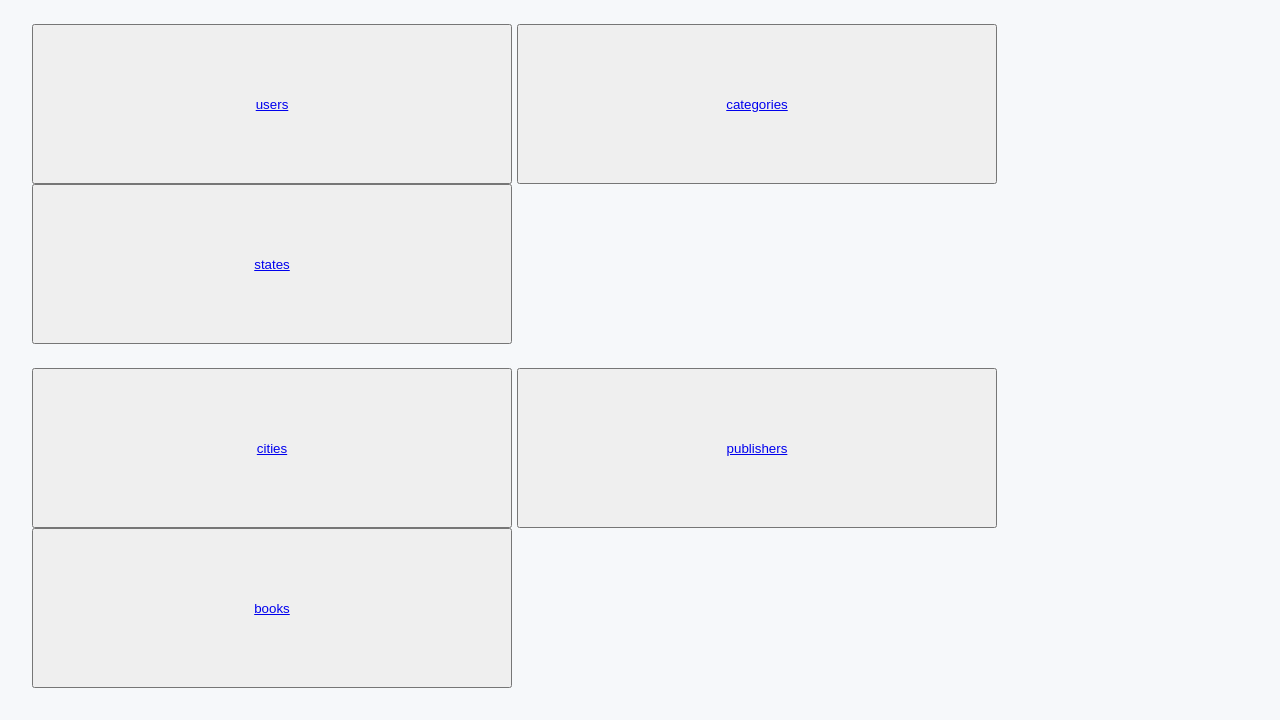
Repository: fontanive12/Biblioteca
Page: front/paginaInicial.html
An editor plug-in stored every save of this project. The page is shown before and after the next save, followed by the edit.
The browser window is 1280 px wide. The pictures show the whole page.

Above is the page before, as saved 2022-09-05 17:14:41.

### front/paginaInicial.html
<!DOCTYPE html>
<html lang="en">

<head>
    <meta charset="UTF-8">
    <meta http-equiv="X-UA-Compatible" content="IE=edge">
    <meta name="viewport" content="width=device-width, initial-scale=1.0">
    <link rel="stylesheet" href="styles.css">

    <title>Initial page</title>
</head>

<body>
    <div class="containerButtons">
        <button class="buttonMenu"><a href="users.html" class="users">users</a></button>
        <button class="buttonMenu"><a href="categories.html" class="categories">categories</a></button>
        <button class="buttonMenu"><a href="states.html" class="states">states</a></button>
    </div>
    <div class="containerButtons">
        <button class="buttonMenu"><a href="cities.html" class="states">cities</a></button>
        <button class="buttonMenu"><a href="publishers.html" class="states">publishers</a></button>
        <button class="buttonMenu"><a href="books.html" class="states">books</a></button>
    </div>
</body>

</html>

### front/styles.css
.bg-mynav {
  background-color: #49baef;
}

body {
  font-size: 1.25rem;
  background-color: #f6f8fa;
}

td {
  line-height: 3rem;
}

.containerButtons {
  max-width: 100rem;
  margin: 1.5rem
}

.buttonMenu {
  width: 30rem;
  height: 10rem;

}

After the next save:
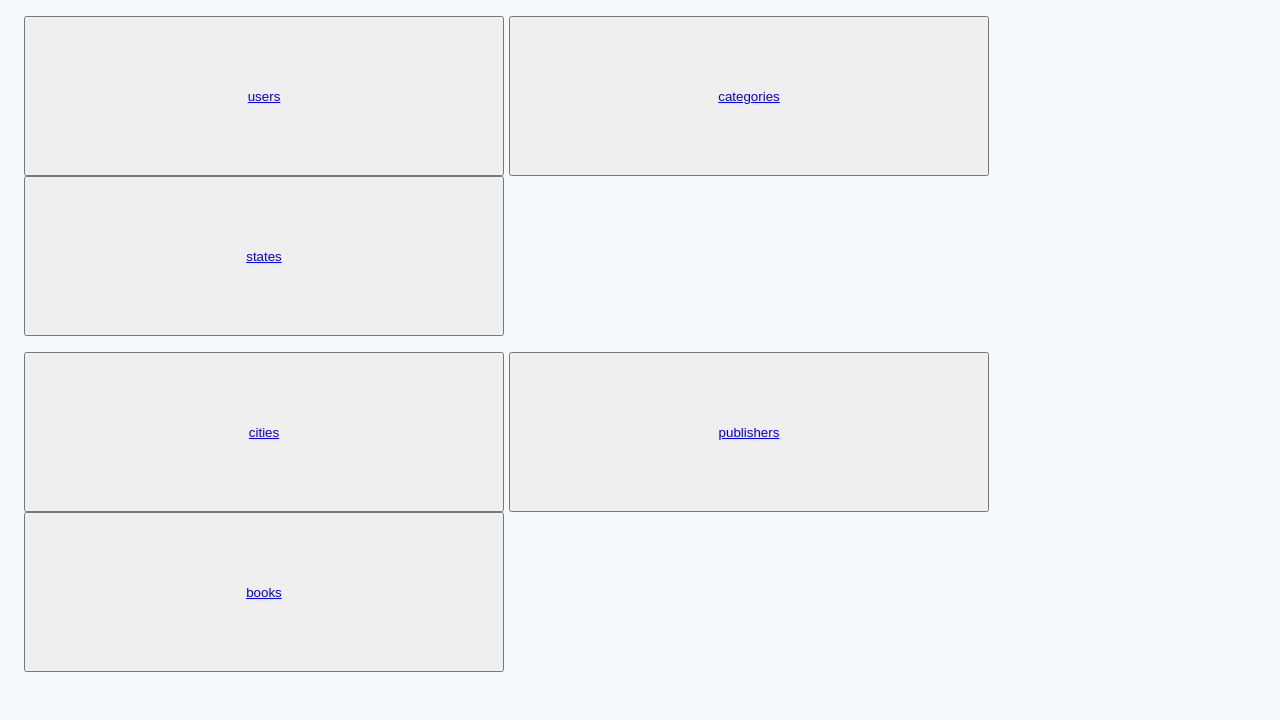
Saved 8 s later.
--- a/front/styles.css
+++ b/front/styles.css
@@ -13,7 +13,7 @@ td {
 
 .containerButtons {
   max-width: 100rem;
-  margin: 1.5rem
+  margin: 1rem;
 }
 
 .buttonMenu {
